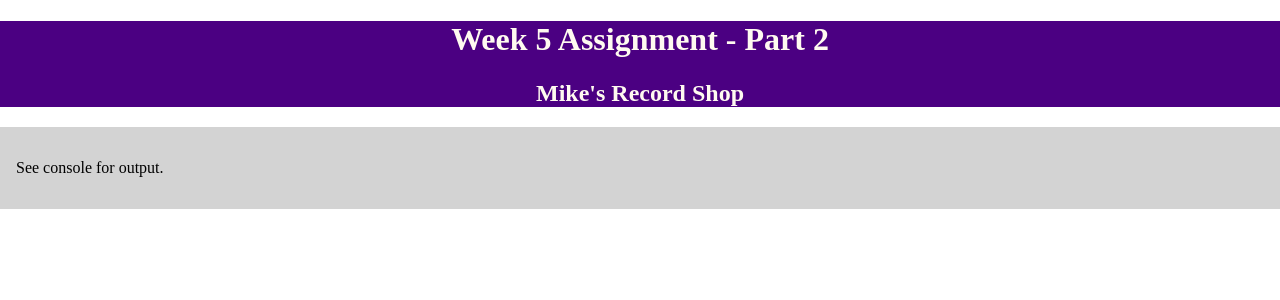
Repository: Ellusionism/prime-pw-week-5-assignment-part-2
Page: assignment/index.html
These files come from the project's save history. The page is drawn as it stood at one moment and after the next save; the edit follows.
The browser window is 1280 px wide. The pictures show the whole page.

Above is the page before, as saved 2022-11-24 19:13:45.

### assignment/index.html
<!DOCTYPE html>
<html>
  <head>
    <meta charset="utf-8">
    <title>Week 5 Assignment</title>
    <link rel="stylesheet" href="stylesheet.css">
  </head>
  <body>
    <header class="homepageHeader">
      <h1>Week 5 Assignment - Part 2</h1>
      <h2>Mike's Record Shop</h2>
    </header>
    <main class="homepageMain">
    <p>See console for output.</p>
  </main>
    <!-- Create an unordered list with any questions you have -->
  </body>
</html>

### assignment/stylesheet.css
body{
  margin: 0;
}

.homepageHeader {
  color: floralwhite;
  background-color: indigo;
  text-align: center;
}

.homepageMain {
  background-color: lightgray;
  padding: 1em;
}

After the next save:
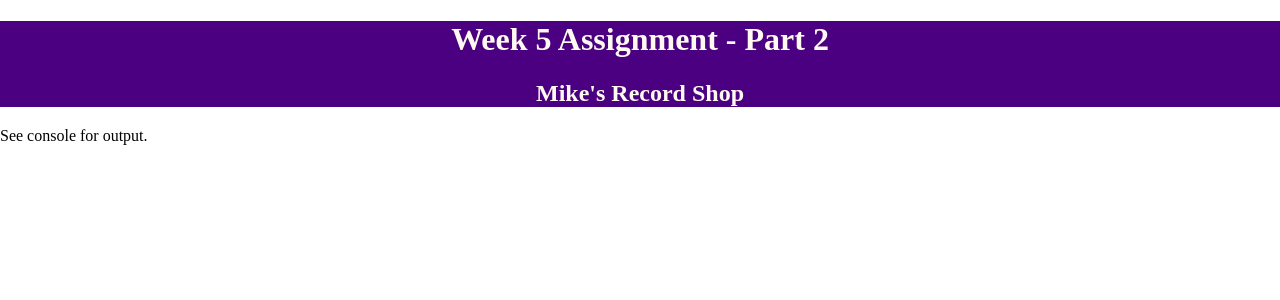
Saved 36 s later.
--- a/assignment/stylesheet.css
+++ b/assignment/stylesheet.css
@@ -8,6 +8,8 @@
   text-align: center;
 }
 
+.homepageBody
+
 .homepageMain {
   background-color: lightgray;
   padding: 1em;

After the save that followed:
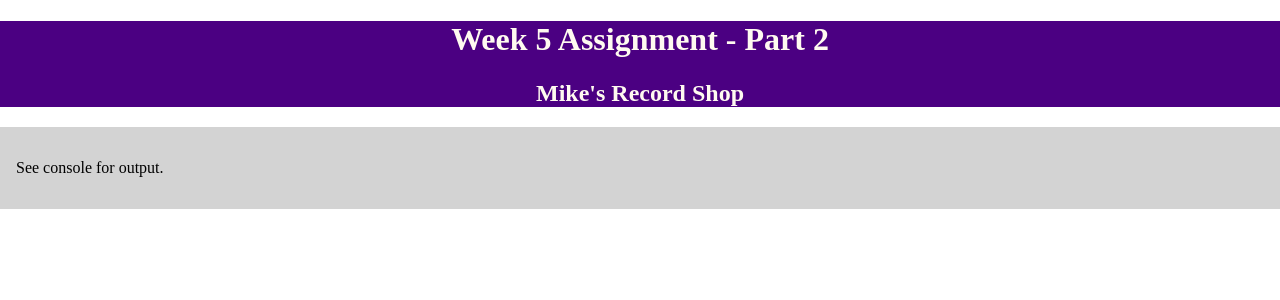
Saved 5 s later.
--- a/assignment/stylesheet.css
+++ b/assignment/stylesheet.css
@@ -8,8 +8,6 @@
   text-align: center;
 }
 
-.homepageBody
-
 .homepageMain {
   background-color: lightgray;
   padding: 1em;
